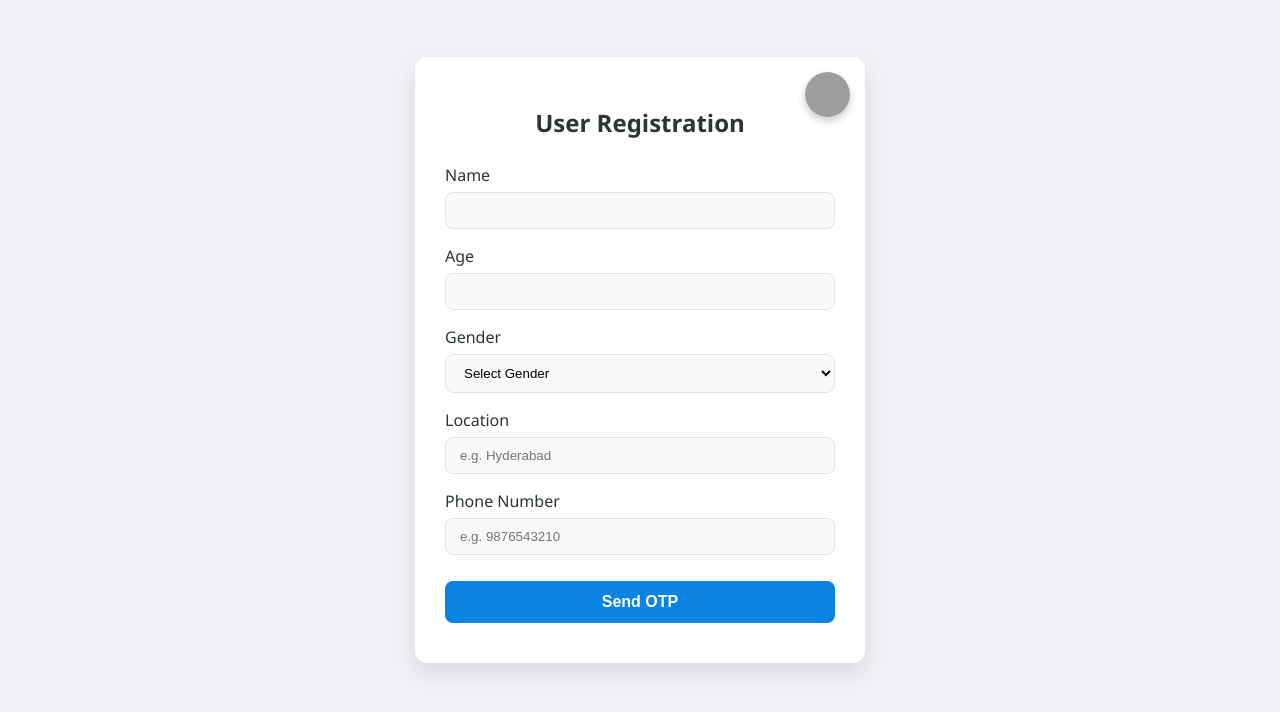
Repository: EedupugantiVenkatesh/Razorpayform
Page: index.html
The author's editor kept a copy of each file at every save. The page is drawn from the files as they stood at one save, then again after the next save.
The browser window is 1280 px wide. The pictures show the whole page.
Pictures or frames that could not be fetched are drawn as grey boxes.

Above is the page before, as saved 2025-07-25 15:50:39.

After the next save:
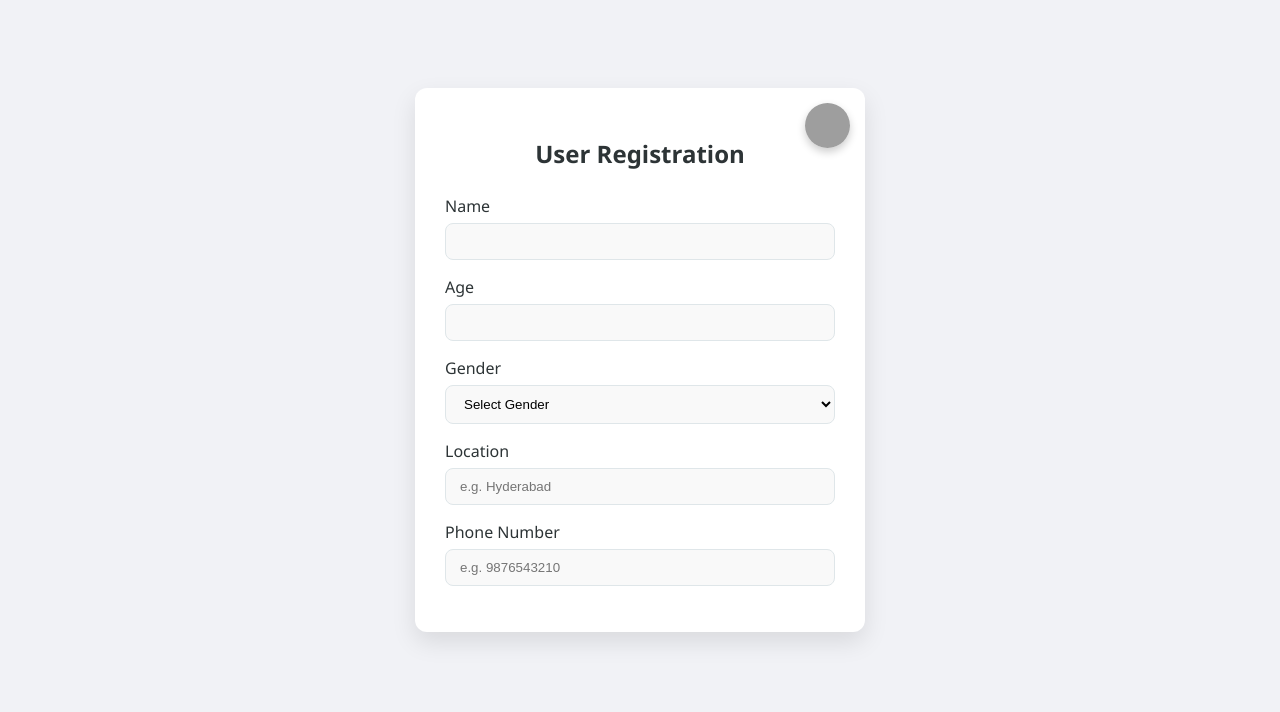
Saved 2 min 13 s later.
--- a/index.html
+++ b/index.html
@@ -142,14 +142,14 @@
     <label for="phone">Phone Number</label>
     <input type="tel" id="phone" name="phone" required placeholder="e.g. 9876543210">
 
-    <button type="button" onclick="sendOTP()">Send OTP</button>
+    <!-- <button type="button" onclick="sendOTP()">Send OTP</button>
     <div id="otpDisplay"></div>
 
     <div id="otpSection">
       <label for="otp">Enter OTP</label>
       <input type="text" id="otp" name="otp" required placeholder="6-digit OTP">
       <button type="submit" id="submitBtn">Submit</button>
-    </div>
+    </div> -->
   </form>
 </div>
 
